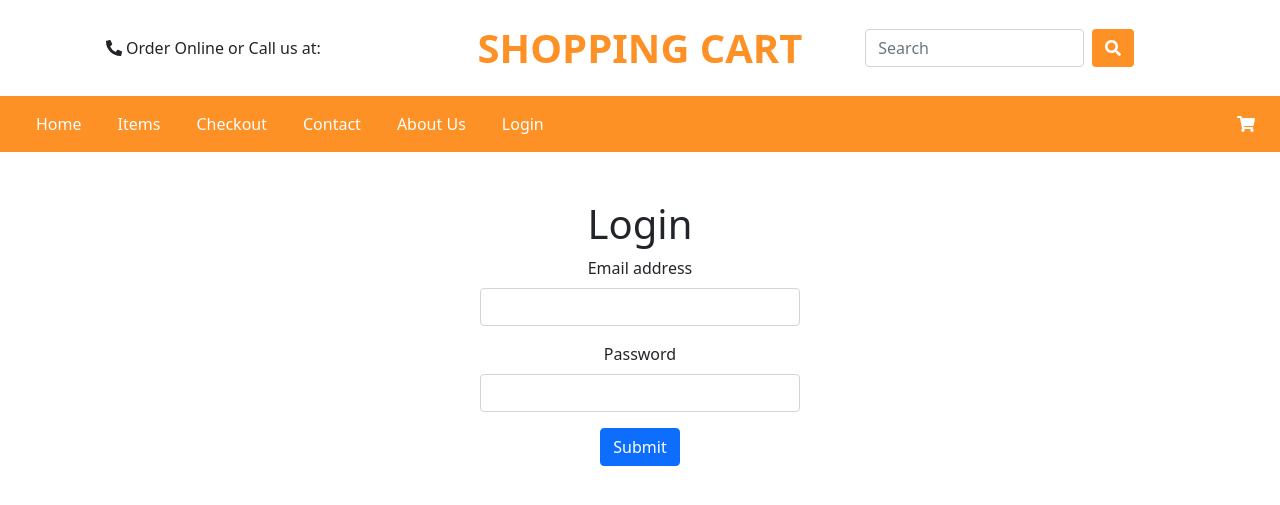
Repository: SaudCh/React-Ecommerce
Page: /login
An editor plug-in stored every save of this project. The page is shown before and after the next save, followed by the edit.
The browser window is 1280 px wide. The pictures show the whole page.
The project was rebuilt for these pictures with package versions that can differ from the ones it lists, and the page was loaded fresh each time. Also part of the build but not shown: src/App.css, src/Home/Carousel.jsx, src/Home/home.jsx.

Above is the page before, as saved 2021-12-05 19:15:18.

After the next save:
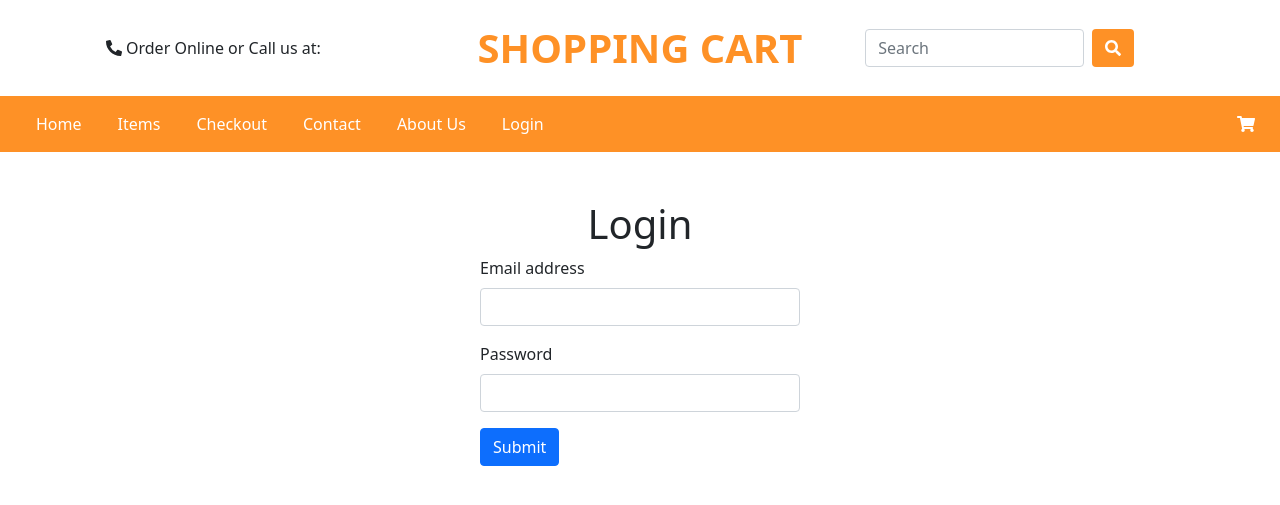
Saved 11 s later.
--- a/src/Login/Login.jsx
+++ b/src/Login/Login.jsx
@@ -4,7 +4,10 @@ export default function Login() {
   return (
     <div className="text-center py-5">
       <p className="p-0 m-0 h1 mb-2">Login</p>
-      <form className="col-12 col-sm-6 col-md-3" style={{ margin: "0px auto" }}>
+      <form
+        className="col-12 col-sm-6 col-md-3 text-start"
+        style={{ margin: "0px auto" }}
+      >
         <div class="mb-3">
           <label for="exampleInputEmail1" class="form-label">
             Email address
